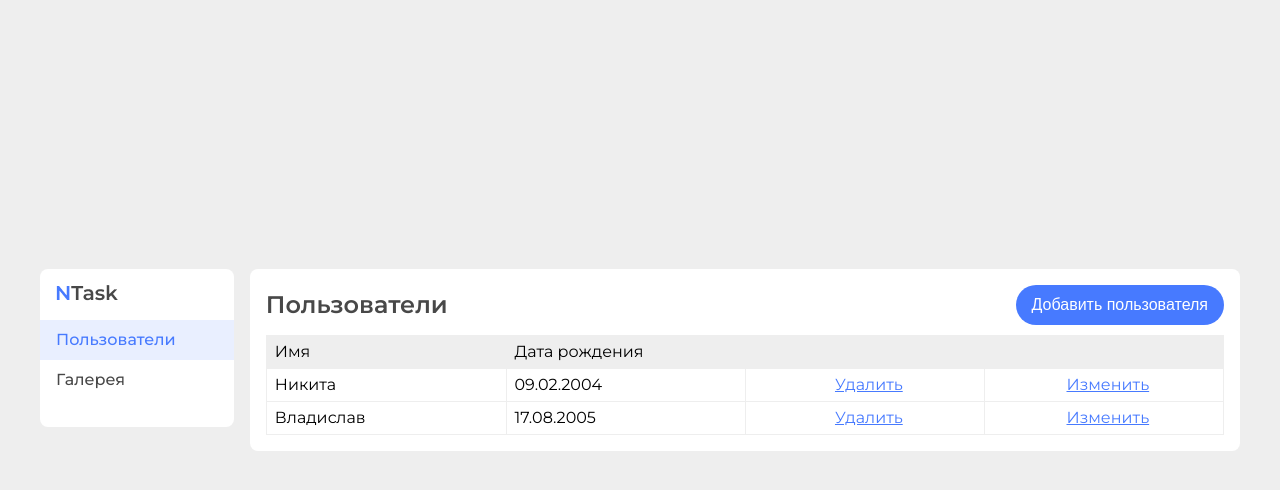
Repository: Grid-Master/NTask
Page: /gallery
An editor plug-in stored every save of this project. The page is shown before and after the next save, followed by the edit.
The browser window is 1280 px wide. The pictures show the whole page.
The project was rebuilt for these pictures with package versions that can differ from the ones it lists, and the page was loaded fresh each time. Also part of the build but not shown: src/components/gallery/gallery.sass, src/components/gallery/Gallery.tsx, src/components/updateUser/updateUser.sass, src/components/updateUser/UpdateUser.tsx.

Above is the page before, as saved 2023-06-09 19:35:31.

After the next save:
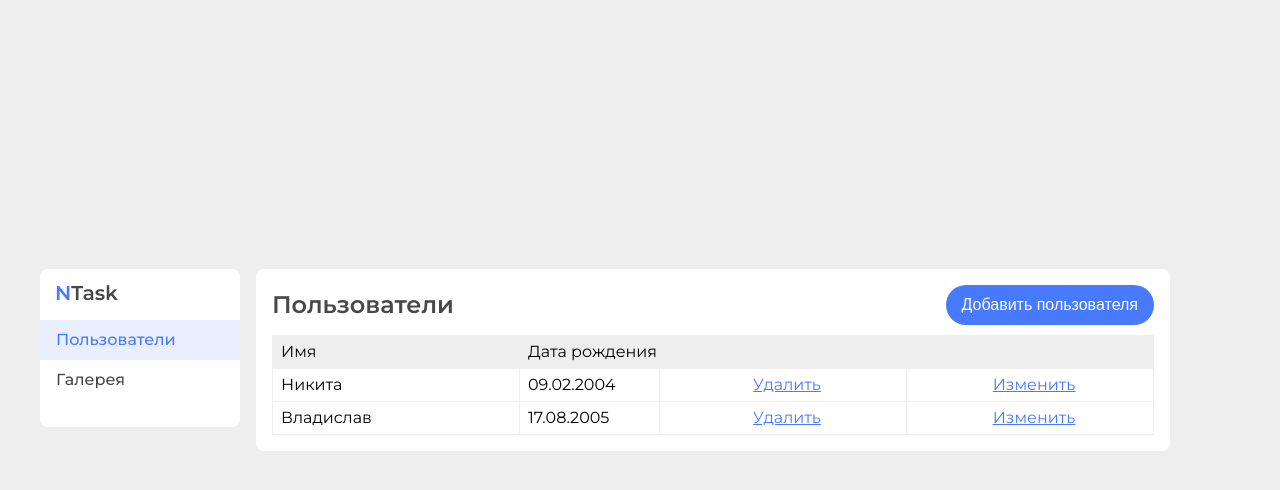
Saved 85 s later.
--- a/src/components/userList/userList.sass
+++ b/src/components/userList/userList.sass
@@ -43,6 +43,8 @@
             text-align: center !important
             &:hover
                 opacity: .8
+        tr td:nth-child(2)
+            width: 131px
         // tr:first-child td:first-child
         //     border-radius: 8px 0 0 0
         // tr:first-child td:last-child
